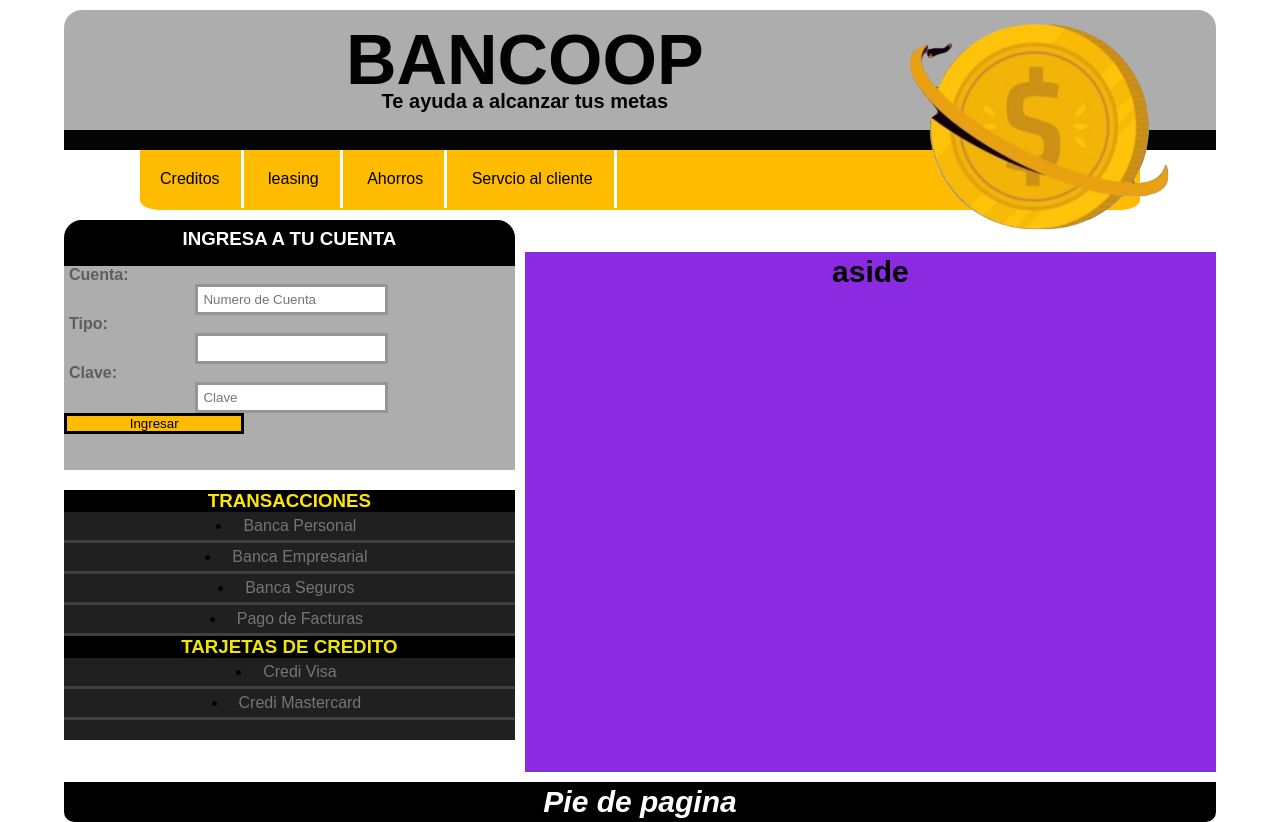
Repository: NickArregoces/BANCOOP
Page: Index.html
These files come from the project's save history. The page is drawn as it stood at one moment and after the next save; the edit follows.
The browser window is 1280 px wide. The pictures show the whole page.

Above is the page before, as saved 2021-09-29 21:18:16.

### Index.html
<!DOCTYPE html>
<html lang="en">
<head>
    <meta charset="UTF-8">
    <meta http-equiv="X-UA-Compatible" content="IE=edge">
    <meta name="viewport" content="width=device-width, initial-scale=1.0">
    <title>BANCOOP Home</title>
    <link rel="stylesheet" href="/CSS/Style.css">
</head>
<body>
    <div id="head">
        <header>
            <div class="image">
                <img src="/Images/logo.png" alt="logo">
            </div>
            <div class="title" >
                <h1>BANCOOP</h1>
                <h3>Te ayuda a alcanzar tus metas</h3>
            </div>

        </header>

        <nav class="barra"></nav>

        <ul class="menu">
            <li><a href="#">Creditos</a></li>
            <li><a href="#">leasing</a></li>
            <li><a href="#">Ahorros</a></li>
            <li><a href="#">Servcio al cliente</a></li>
        </ul>
    </div>

        <div id="Contenido">
            <div class="section">
                <form action="" class="login">
                    <h3 style="color: rgb(255, 255, 255);">INGRESA A TU CUENTA</h3>

                    <h4 >Cuenta:<input type="number" placeholder="Numero de Cuenta"></h4>

                    <h4>Tipo:<input type="text"></h4>

                    <h4>Clave:<input type="password" placeholder="Clave"></h4>
                    <div class="center">
                        <button class="sumbit"> Ingresar </button>
                    </div>

                </form>

                <article class="opciones">
                    <h3 style="color: rgb(255, 230, 0);">TRANSACCIONES</h3>
                    <li><a href="#">Banca Personal</a></li>
                    <li><a href="#">Banca Empresarial</a></li>
                    <li><a href="#">Banca Seguros</a></li>
                    <li><a href="#">Pago de Facturas</a></li>

                    <h3 style="color: rgb(238, 230, 0);">TARJETAS DE CREDITO</h3>
                    <li><a href="#">Credi Visa</a></li>
                    <li><a href="#">Credi Mastercard</a></li>
                </article>
            </div>

            <div id="Cuadros">
                <aside>
                    <h2>aside</h2>
                </aside>
            </div>

                <div>
                    <footer>
                        <h2>Pie de pagina</h2>
                    </footer>
                </div>
        </div>

</body>
</html>

### CSS/Style.css

*{
    margin: 0 auto;
    padding: 0px;
}
body{
    font-family: Arial, Helvetica, sans-serif;
    background: rgb(255, 255, 255);
    width: 90%;
    color: rgb(3, 3, 3);
}
header{
    width: 100%;
    margin-top: 10px;
    background: rgb(173, 173, 173);
    border-top-left-radius:  18px;
    border-top-right-radius:  18px;
    height: 120px;
}
    img{
        float: right;
        width: 30%;
    }
    .title{
        float: right;
        width: 60%;
        margin-top: 20px;
    }
    header h1{
        font-size: 70px;
        text-align: center;
        line-height: 60px;
        display: block;
    }
    header h3{
        font-size: 20px;
        text-align: center;
    }
nav.barra{
    background: rgb(5, 5, 5);
    height: 20px;
}

ul.menu{
    border-bottom-left-radius: 20px 10px;
    border-bottom-right-radius: 20px 10px;
    background: rgb(255, 187, 0);
    height: 60px;
    list-style: none;
    padding: 0;
    max-width: 1000px;
}
    .menu li a{
        margin-right: 1px;
        text-decoration: none;
        color:black;
        padding: 20px;
        display: inline-block;
    }
    .menu li {
        border-right: solid white;
        display: inline-block;
        }
    .menu li a:hover{
        background: #242323b6;
        color: white;
        }

.section{
    width: 40%;
    float: left;
}
    form{
        background: rgb(173, 173, 173);
        border-top-left-radius: 18px;
        border-top-right-radius: 18px;
        margin-top: 10px;
        margin-right:10px;
        margin-bottom: 10px;
        height: 250px;
    }
        form h3{
            text-align: center;
            background: black;
            height: 30px;
            padding: 8px;
            border-top-left-radius: 18px;
            border-top-right-radius: 18px;
        }
        form h4{
            margin-left: 5px;
            color: rgb(95, 93, 93);
        }
        form input{
            padding: 5px;
            display: block;
            border: solid rgb(149, 149, 149);
        }
        div.center button{
            margin-top: 10px;
            margin: auto;
            text-align: center;
            width: 40%;
            background: rgb(255, 187, 0);
            border: solid black;
            cursor: pointer;
        }
        button:hover{
            background: #242323b6;
            color: rgb(251, 227, 3);
        }

    article {
        height: 250px;
        background: rgb(32, 32, 32);
        margin-top: 20px;
        margin-right:10px;
        margin-bottom: 10px;
    }
        article h3{
            text-align: center;
            background: black;
        }
        .opciones li a{
            margin-right: 1px;
            text-align: center;
            text-decoration: none;
            color:rgb(117, 117, 117);
            padding: 5px;
            display: inline-block;
        }
        .opciones li {
            border-bottom: solid rgba(68, 68, 68, 0.897);
            text-align: center;
            display:inline-flexbox;
            }
        .opciones li a:hover{
            background: #242323b6;
            color: rgb(251, 227, 3);
            }

aside{
    width: 60%;
    height: 520px;
    background: blueviolet;
    margin-top: 10px;
    float: right;
    margin-bottom: 10px;
}
    aside h2{
        font-size: 30px;
        text-align: center;
        line-height: 40px;
    }

footer{
    background: black;
    clear: both;
    border-bottom-left-radius: 10px;
    border-bottom-right-radius: 10px;
}
    footer h2{
        font-size: 30px;
        text-align: center;
        line-height: 40px;
        color: white;
        font-style:italic;
    }

After the next save:
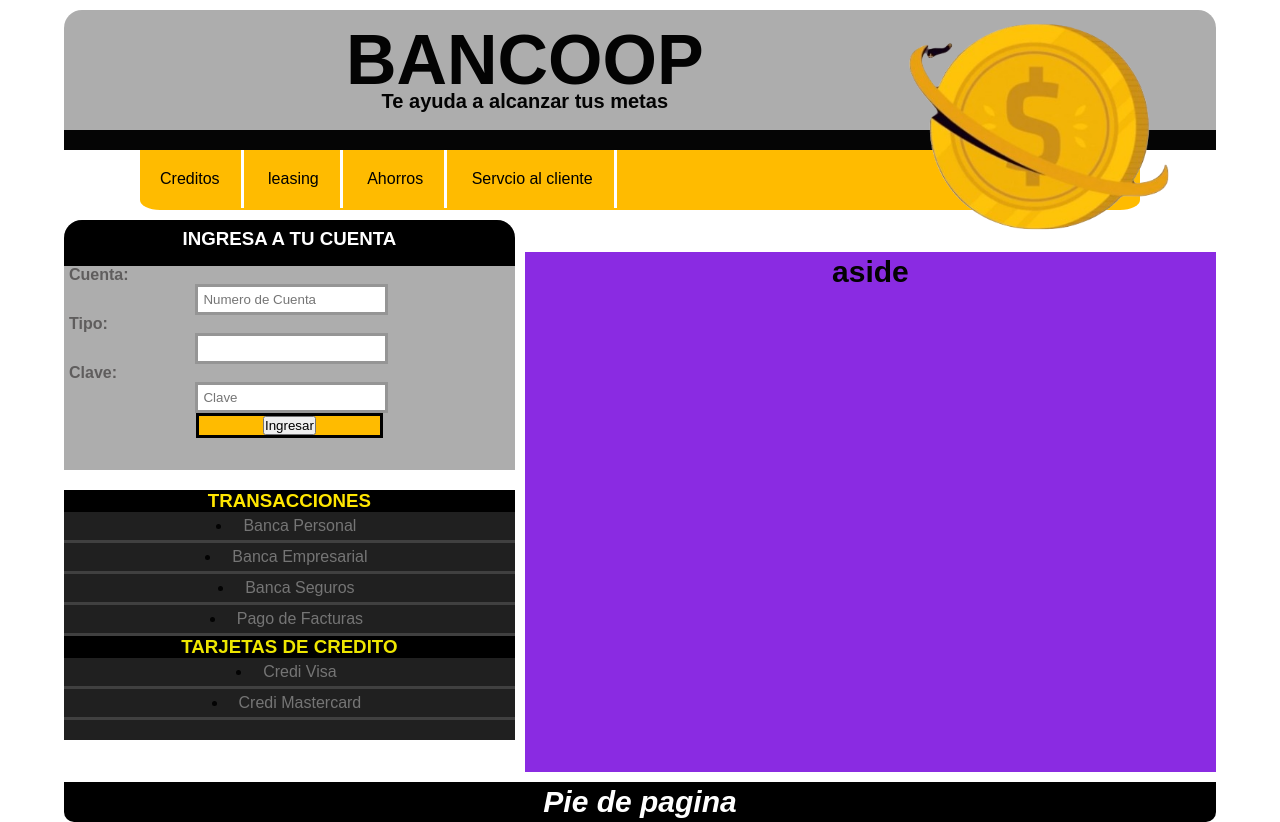
Saved 7 s later.
--- a/CSS/Style.css
+++ b/CSS/Style.css
@@ -96,7 +96,7 @@ ul.menu{
             display: block;
             border: solid rgb(149, 149, 149);
         }
-        div.center button{
+        div.center{
             margin-top: 10px;
             margin: auto;
             text-align: center;
